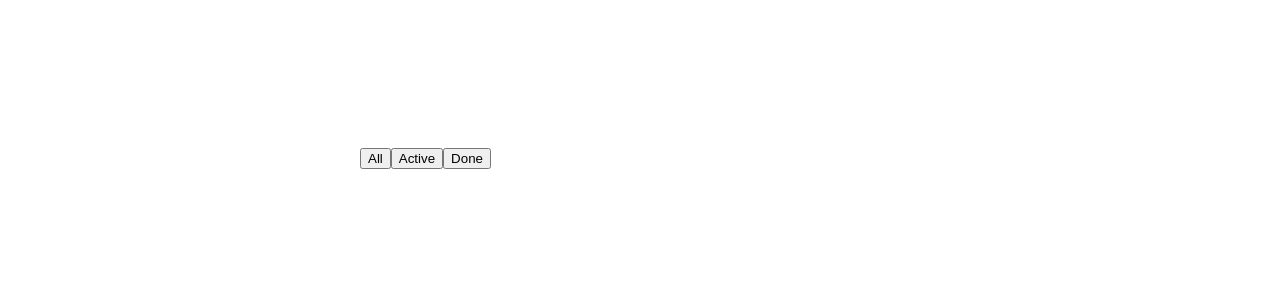
Repository: Yugayoung/todoList
Page: /
An editor plug-in stored every save of this project. The page is shown before and after the next save, followed by the edit.
The browser window is 1280 px wide. The pictures show the whole page.
Some web fonts or font styles are not loaded; a fallback is used. The project was rebuilt for these pictures with package versions that can differ from the ones it lists, and the page was loaded fresh each time. Also part of the build but not shown: src/App.css.

Above is the page before, as saved 2024-03-21 00:28:07.

After the next save:
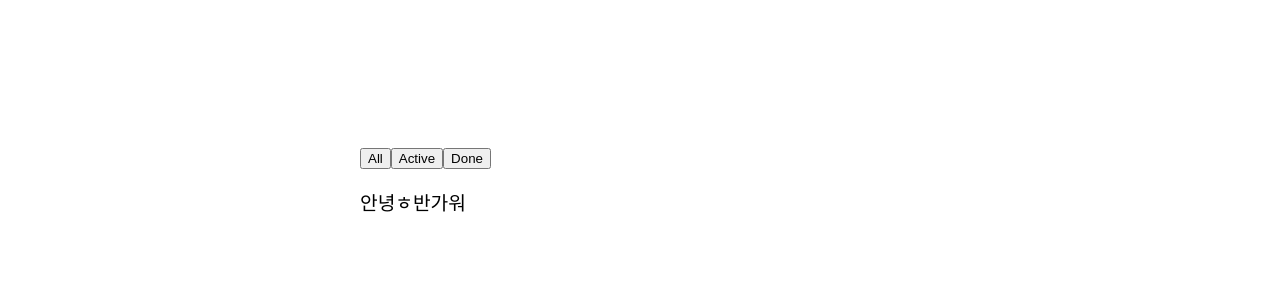
Saved 33 s later.
--- a/src/pages/todo.jsx
+++ b/src/pages/todo.jsx
@@ -9,6 +9,7 @@ export default function Todo() {
           <button>All</button>
           <button>Active</button>
           <button>Done</button>
+          <p>안녕ㅎ반가워</p>
         </div>
         {/* addTodoList */}
         {/* 할일 입력 */}
